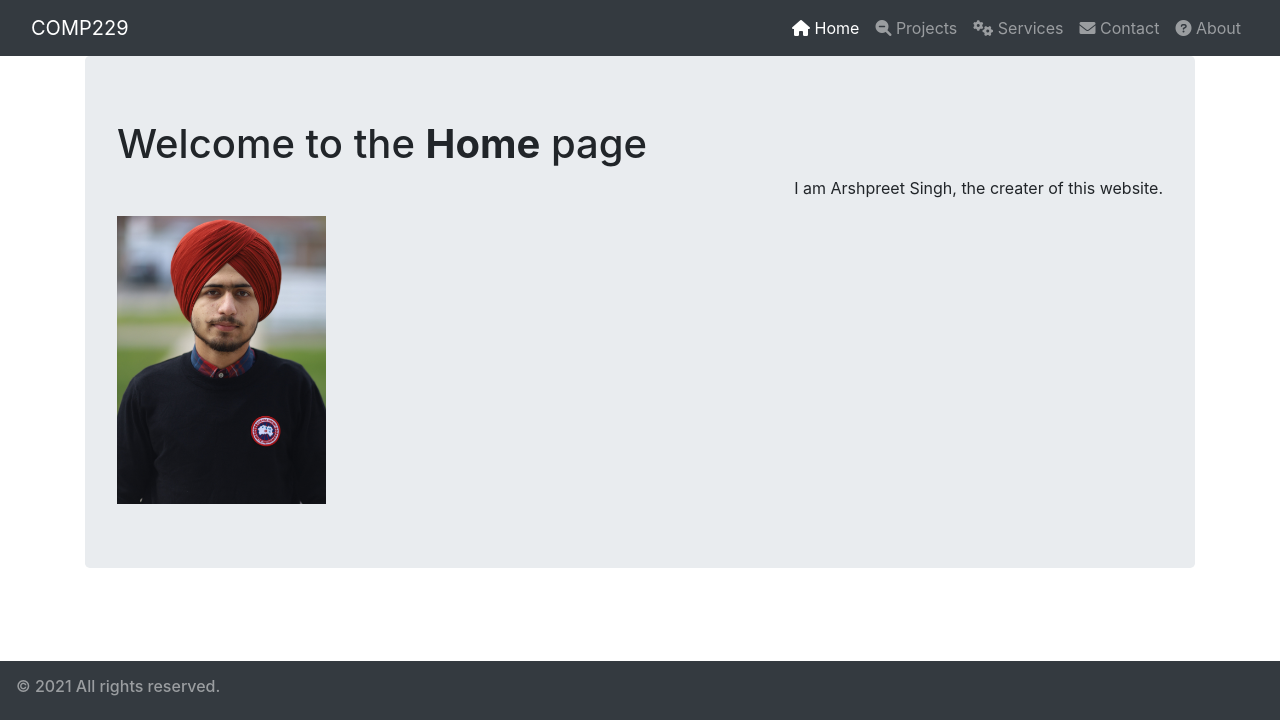
Repository: arsh16/week3_demo2
Page: http://localhost/
The author's editor kept a copy of each file at every save. The page is drawn from the files as they stood at one save, then again after the next save.
The browser window is 1280 px wide. The pictures show the whole page.
Some web libraries are served in a nearby version. The page is served by the project's Node server (server.js).

Above is the page before, as saved 2021-09-30 17:48:06.

After the next save:
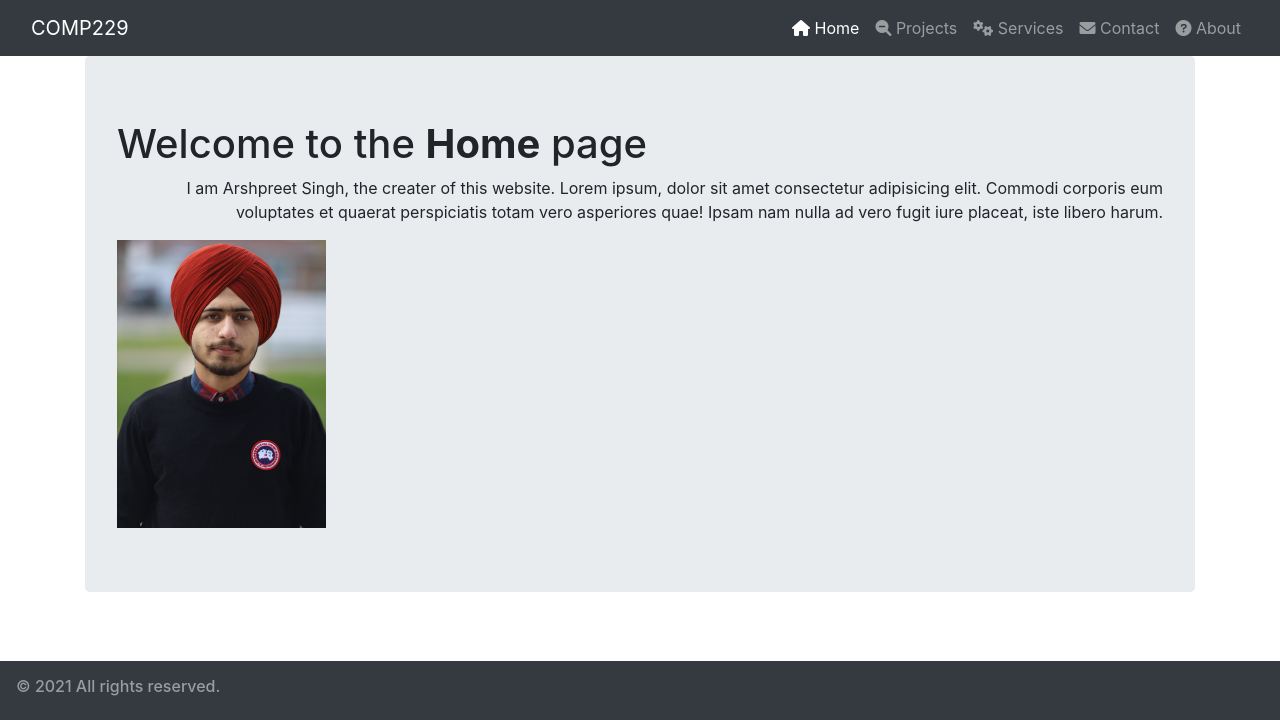
Saved 17 s later.
--- a/views/contents/home.ejs
+++ b/views/contents/home.ejs
@@ -1,3 +1,3 @@
 
-<p style="text-align: right;">I am Arshpreet Singh, the creater of this website. </p>
+<p style="text-align: right;">I am Arshpreet Singh, the creater of this website. Lorem ipsum, dolor sit amet consectetur adipisicing elit. Commodi corporis eum voluptates et quaerat perspiciatis totam vero asperiores quae! Ipsam nam nulla ad vero fugit iure placeat, iste libero harum. </p>
 <img src="\Assets\images\arsh.jpg" width="20%" >
